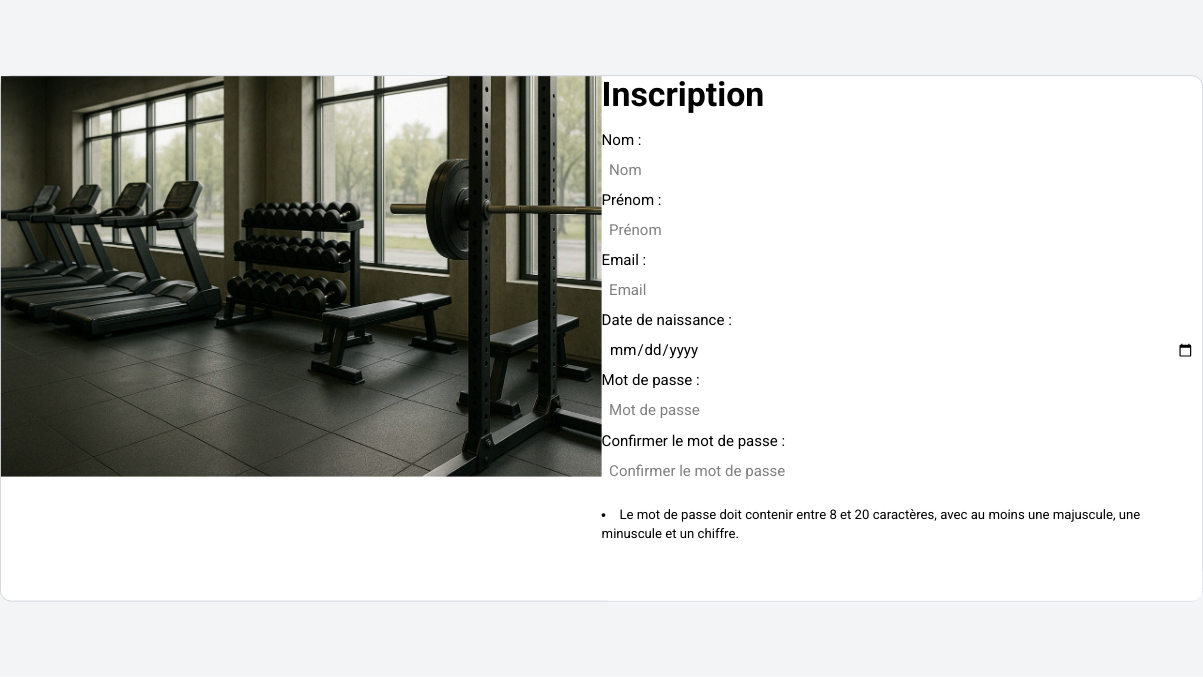
Repository: fahchouchsm/clubSportifWeb
Page: src/pages/inscription.html
The author's editor kept a copy of each file at every save. The page is drawn from the files as they stood at one save, then again after a run of saves.
The browser window is 1280 px wide. The pictures show the whole page, at 94% of full size.

Above is the page before, as saved 2025-04-19 17:53:08.

After the next 2 saves:
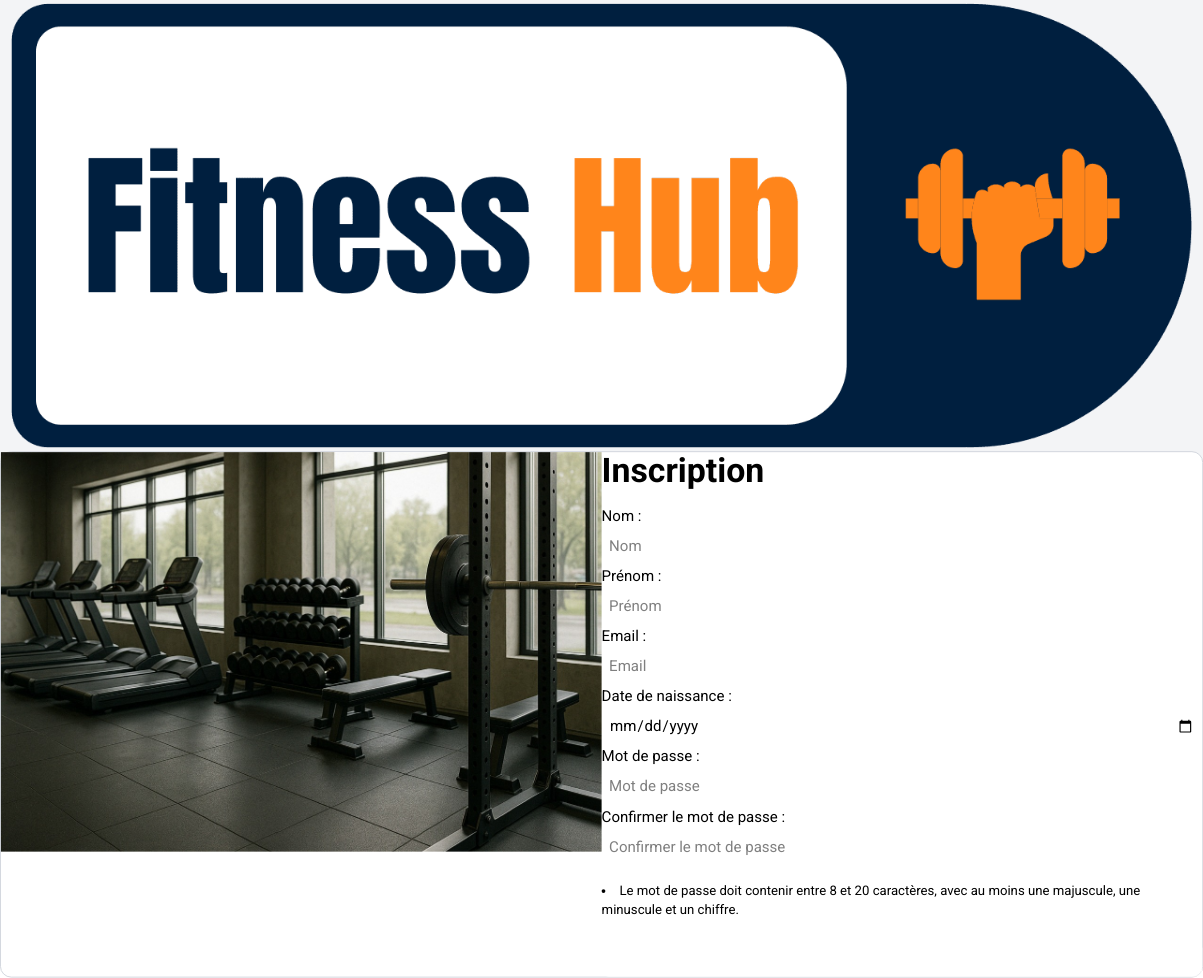
The 2 saves are shown as one change because they came seconds apart.
The last was saved 7 s later.
--- a/src/pages/inscription.html
+++ b/src/pages/inscription.html
@@ -10,8 +10,15 @@
   </head>
   <body>
     <div
-      class="flex h-screen w-screen items-center justify-center bg-gray-100 px-24"
+      class="h-screen w-screen items-center justify-center bg-gray-100 px-24"
     >
+      <a href="#" class="mb-6 text-2xl font-semibold text-gray-900">
+        <img
+          class="max-w-64"
+          src="../public/logo/png/logo-no-background.png"
+          alt="logo"
+        />
+      </a>
       <main
         class="mx-auto flex rounded-xl border border-gray-300 bg-white shadow-lg shadow-gray-400"
       >
